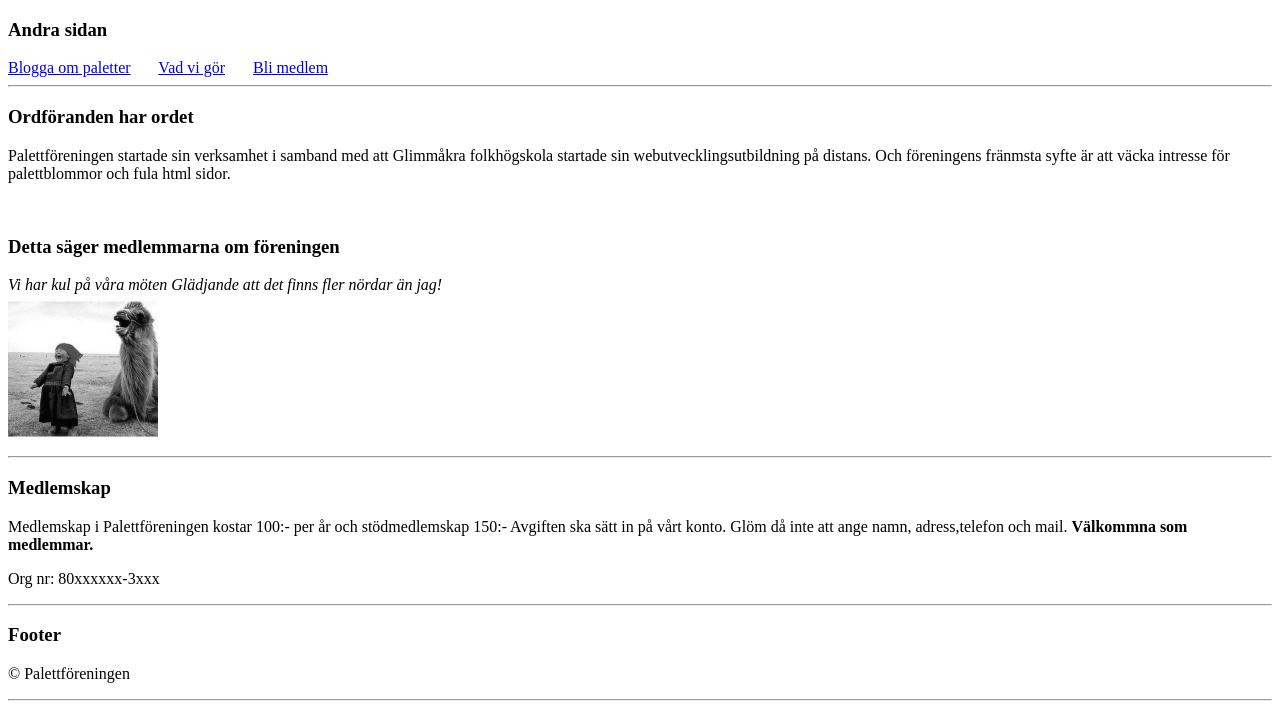
Repository: Webutveckling-20-21/Uppgift-1
Page: verksamheten.html
These files come from the project's save history. The page is drawn as it stood at one moment and after a run of saves; the edit follows.
The browser window is 1280 px wide. The pictures show the whole page.

Above is the page before, as saved 2021-09-07 12:16:42.

After the next 2 saves:
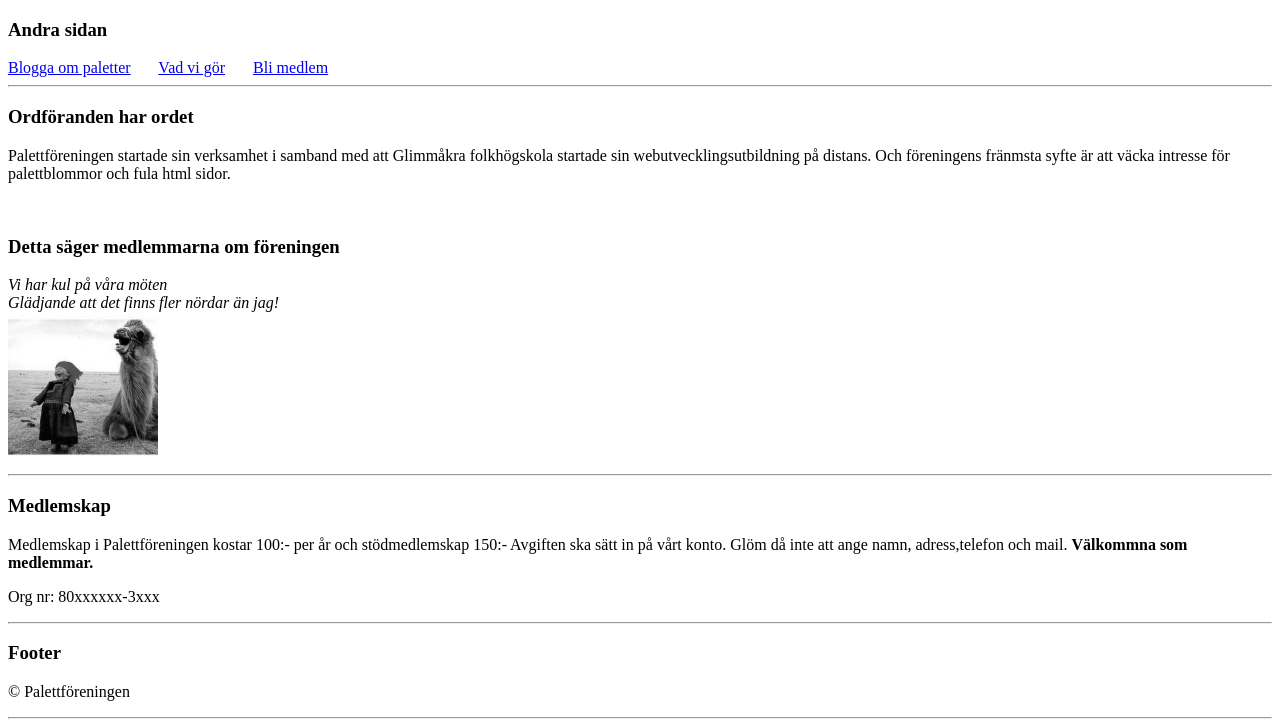
The 2 saves are shown as one change because they came seconds apart.
The last was saved 8 s later.
--- a/verksamheten.html
+++ b/verksamheten.html
@@ -34,7 +34,7 @@
 
                     <h3>Detta säger medlemmarna om föreningen</h3>
 
-                    <cite>Vi har kul på våra möten</cite>
+                    <cite>Vi har kul på våra möten</cite><br>
                     <cite>Glädjande att det finns fler nördar än jag!</cite>
 
 
